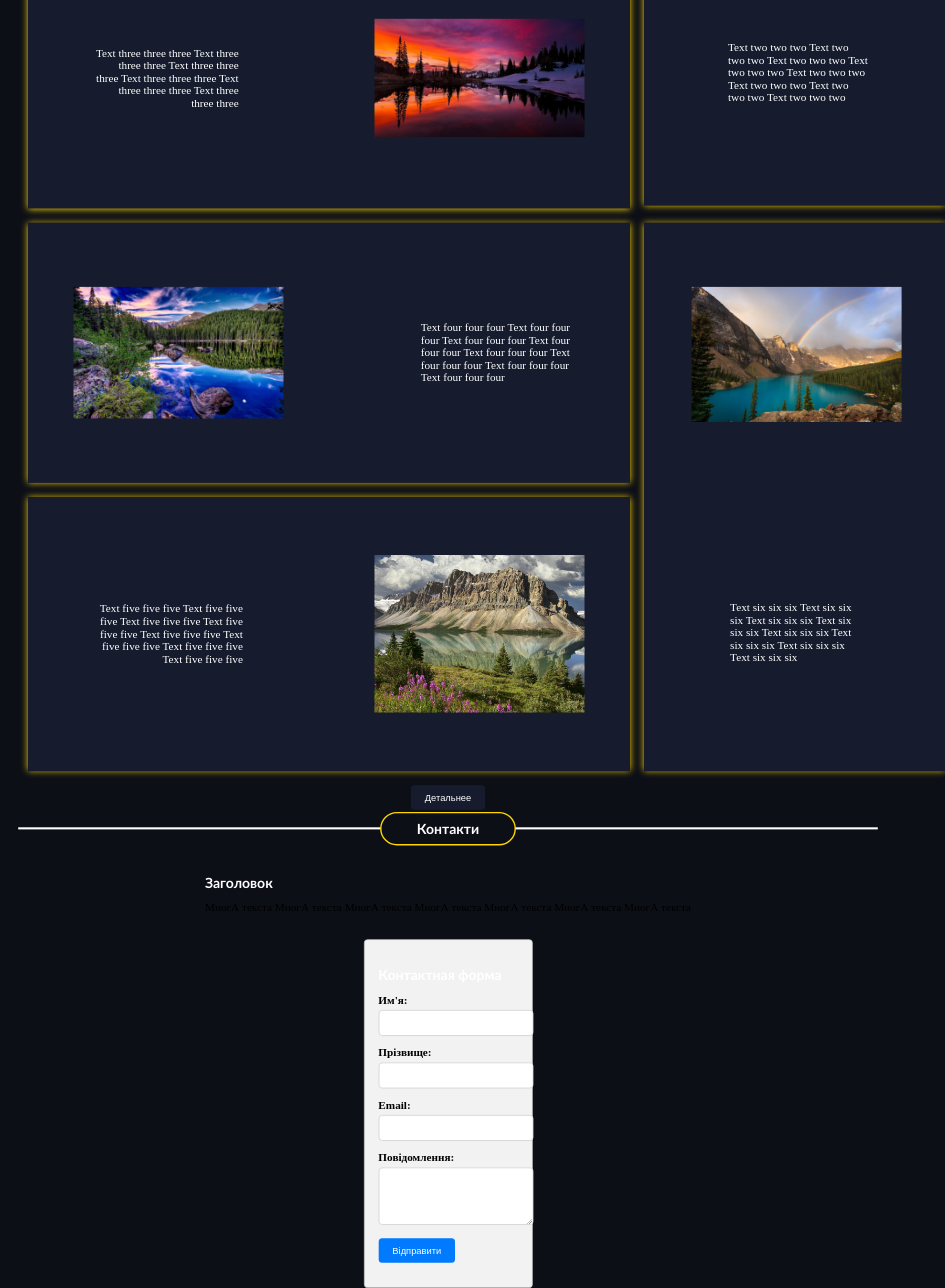
Repository: qtqqrdy13/cv-2
Page: index.html
An editor plug-in stored every save of this project. The page is shown before and after the next save, followed by the edit.
The browser window is 1280 px wide. The page is 1350 px wide, so the pictures cover 1350 px, including what lies to the right of the window. The pictures show the part of the page from y = 3447 to 5287 px (the page is 5287 px tall before and 5156 px after), at 70% of full size.

Above is the page before, as saved 2023-10-12 15:31:01.

### index.html
<!DOCTYPE html>
<html lang="en">

<head>
    <link rel="stylesheet" href="main.css">
    <meta charset="UTF-8">
    <meta name="viewport" content="width=device-width, initial-scale=1.0">
    <title>Батуров Олексій</title>
</head>

<body>
    <!--Navigation-->
    <header>
        <div class="logo">
            <img src="../cv 2/image/media/logo.png" alt="logo">
        </div>
        <nav>
            <ul>
                <li><a href="">Головна</a></li>
                <li><a href="#about">Про мене</a></li>
                <li><a href="#skills">Мої скіли</a></li>
                <li><a href="#portfolio">Портфоліо</a></li>
                <li><a href="">Контакти</a></li>
            </ul>
        </nav>
    </header>
    <!--Navigation-->

    <!--Two images-->
    <div class="container-top">
        <div class="img-container">
            <img class="img-1" src="../cv 2/image/code.gif" alt="">
            <img class="img-2" src="../cv 2/image/photo_2023-09-09_18-51-06.jpg" alt="">
        </div>
        <!--Two images-->

        <!--About Oleksiy-->
        <div class="container-text">
            <div id="about"></div>
            <div class="text-block">
                <h1>Олексій Батуров</h1>
            </div>
        </div>
    </div>
    <div class="description">
        <p>Я професіонал, чия пристрасть до веб-розробки
            помітна в кожному рядку коду, який я створюю.
            За час моєї практики я набув глибоких знань у
            різних галузях веб-технологій, включаючи HTML,
            CSS, JavaScript, а також популярні фреймворки
            та бібліотеки. Мої навички дозволяють мені
            створювати унікальні та сучасні веб-сайти,
            які поєднують у собі функціональність, стиль
            та оптимальну продуктивність. </p>
    </div>
    <!--About Oleksiy-->

    <!--Edge-->
    <div id="about_us">
        <div class="announcement">
            <h2 class="title">
                Скіли
            </h2>
        </div>
    </div>
    <!--Edge-->

    <!--Skills-->
    <div id="skills"></div>
    <div class="container">
        <div class="row">
            <div class="block">
                <h2>Скіли Дизайнера</h2>
                <div class="content">
                    <ul>
                        <li>Figma</li>
                        <li>Photoshop</li>
                        <li>Illustrator</li>
                        <li>Scratch</li>
                        <li>AdobeXD</li>
                        <li>Corel Draw</li>
                    </ul>
                </div>
            </div>
            <div class="block">
                <h2>Скіли Front-End розробника</h2>
                <div class="content">
                    <ul>
                        <li>HTML</li>
                        <li>CSS</li>
                        <li>JavaScript</li>
                        <li>ReactJS</li>
                        <li>ReactNative</li>
                        <li>AngularJS</li>
                        <li>NodeJS</li>
                        <li>VueJS</li>
                        <li>JQuerry</li>
                        <li>TypeScript</li>
                        <li>PHPMyAdmin</li>
                    </ul>
                </div>
            </div>
            <div class="block">
                <h2>Володіння CMS - платформами</h2>
                <div class="content">
                    <ul>
                        <li>WordPress</li>
                        <li>OpenCard</li>
                        <li>Joomla</li>
                        <li>Drupal</li>
                        <li>TYPEO3</li>
                    </ul>
                </div>
            </div>
        </div>
    </div>
    <!--Skills-->

    <!--Edge-->
    <div id="about_us">
        <div class="announcement">
            <h2 class="title">
                Портфоліо
            </h2>
        </div>
    </div>
    <!--Edge-->

    <!--Portfolio-->
    <div class="angry-grid">
        <div id="portfolio"></div>
        <div id="item-0">
            <img src="../cv 2/image/media/1.jpg" alt="Image 0" />
            <p>Text one one one Text one one one Text one one one Text one one one
                Text one one one Text one one one Text one one one Text one one one
            </p>
        </div>
        <div id="item-1">
            <img src="../cv 2/image/media/2.jpg" alt="Image 1" />
            <p>Text two two two Text two two two Text two two two Text two two two
                Text two two two Text two two two Text two two two Text two two two
            </p>
        </div>
        <div id="item-2">
            <div class="content-container">
                <p>Text three three three Text three three three Text three three three
                    Text three three three Text three three three Text three three three
                </p>
                <img src="../cv 2/image/media/3.jpg" alt="Image 2" />
            </div>
        </div>
        <div id="item-3">
                <img src="../cv 2/image/media/4.jpg" alt="Image 3" />
                <p>Text four four four Text four four four Text four four four Text four four four
                    Text four four four Text four four four Text four four four Text four four four
                </p>
        </div>
        <div id="item-4">
            <div class="content-container">
                <p>Text five five five Text five five five Text five five five Text five five five
                    Text five five five Text five five five Text five five five Text five five five
                </p>
                <img src="../cv 2/image/media/5.jpg" alt="Image 4" />
            </div>
        </div>
        <div id="item-5">
                <img src="../cv 2/image/media/6.jpg" alt="Image 5" />
                <p>Text six six six Text six six six Text six six six Text six six six
                    Text six six six Text six six six Text six six six Text six six six
                </p>
        </div>
    </div>

    <div class="detail-button">
        <button>Детальнее</button>
    </div>
    <!--Portfolio-->
 <!--Edge-->
 <div id="about_us">
    <div class="announcement">
        <h2 class="title">
            Контакти
        </h2>
    </div>
</div>
<!--Edge-->
</div>
<div class="container">
    <div class="text">
        <h2>Заголовок</h2>
        <p>МногА текста МногА текста  МногА текста  МногА текста  МногА текста  МногА текста  МногА текста </p>
    </div>
    <div class="form">
        <h2>Контактная форма</h2>
        <form method="post">
            <div class="form-group">
                <label for="name">Им'я:</label>
                <input type="text" id="name" name="name" required>
            </div>
            <div class="form-group">
                <label for="secondname">Прізвище:</label>
                <input type="text" id="secondname" name="secondname" required>
            </div>
            <div class="form-group">
                <label for="email">Email:</label>
                <input type="text" id="email" name="email" required>
            </div>
            <div class="form-group">
                <label for="message">Повідомлення:</label>
                <textarea id="message" name="message" rows="4" required></textarea>
            </div>
            <div class="form-group">
                <button type="submit">Відправити</button>
            </div>
        </form>
    </div>
</div>
</body>

</html>

### main.css
body {
    background-color: #0d0f17;
    margin: 0;
    padding: 0;

}

/*Navigation*/
header {
    background-color: #161C2E;
    color: white;
    padding: 10px 0px;
    position: fixed;
    top: 0;
    width: 100%;
    display: flex;
    justify-content: space-between;
    align-items: center;
    z-index: 1000;
}

.logo img {
    height: 50px;
    margin-left: 50px;
}

nav ul {
    list-style: none;
    margin-right: 50px;
}

nav li {
    display: inline;
    margin-right: 50px;
    position: relative; /* Добавляем позицию относительно элементов меню */
}

nav a {
    text-decoration: none;
    color: white;
    font-weight: bold;
    font-size: 18px;
}

nav a:hover {
    color: gold;
    font-size: 18px;
    text-shadow: 0 0 10px gold;
    transform: scale(1.05);
    transition: transform 0.6s ease-in-out;
}

/* Добавляем стили для анимации */
nav li::before {
    content: "";
    position: absolute;
    width: 100%;
    height: 2px;
    background-color: gold;
    bottom: 0;
    left: 0;
    transform: scaleX(0); /* Изначально нулевая ширина */
    transform-origin: right;
    transition: transform 0.3s ease-in-out;
}

nav li::after {
    content: "";
    position: absolute;
    width: 100%;
    height: 2px;
    background-color: gold;
    bottom: 0;
    right: 0;
    transform: scaleX(0); /* Изначально нулевая ширина */
    transform-origin: left;
    transition: transform 0.3s ease-in-out;
}

nav li:hover::before,
nav li:hover::after {
    transform: scaleX(1); /* Увеличиваем ширину до 100% */
}


/*Two images*/
.container-top {
    display: flex;
    flex-direction: column;
    align-items: center;
    width: 100%;
    overflow: visible;
    position: relative;
}

.img-container {
    width: 100%;
    max-width: 100vw;
    position: relative;
    overflow: visible;
    order: 1;
}

.img-1 {
    width: 100%;
    height: 500px;
    position: relative;
}
.img-1:hover{
    animation: slideUp 2s ease-in-out infinite alternate;
}

.img-2 {
    width: 400px;
    height: 400px;
    max-width: 100%;
    position: absolute;
    top: calc(60% + 10%);
    left: 50%;
    transform: translateX(-50%);
    z-index: 2;
    border-radius: 50%;
    transition: transform 0.5s ease;
}

.img-2:hover {
    transform: translateX(-50%) rotate(360deg);
    animation: spin 2s linear infinite;
}

@keyframes spin {
    0% { transform: translateX(-50%) rotate(0deg); }
    100% { transform: translateX(-50%) rotate(360deg); }
}

@keyframes slideUp {
    0% {
        transform: translateY(0);
    }

    100% {
        transform: translateY(-20px);
    }
}

@media screen and(max-width: 768px) {
    .container {
        padding: 2px;
    }

    .img-1,
    .img-2 {
        height: auto;
    }
}

/*About Oleksiy*/
.container-text {
    display: flex;
    flex-direction: column;
    align-items: center;
    justify-content: center;
    height: 100vh;
    order: 2;
}

.text-block {
    width: 530px;
    height: 214px;
    font-size: 60px;
    text-align: center;
    color: white;
    animation: fadeIn 2s ease-in-out;
    margin: 0 auto;
}

.description {
    width: 700px;
    height: 256px;
    text-align: center;
    color: white;
    animation: slideIn 2s ease-in-out;
    margin: 0 auto;
    margin-bottom: 10%;
}

@keyframes fadeIn {
    0% {
        opacity: 0;
    }

    100% {
        opacity: 1;
    }
}

@keyframes slideIn {
    0% {
        transform: translateY(-20px);
        opacity: 0;
    }

    100% {
        transform: translateY(0);
        opacity: 1;
    }
}

/* Адаптация для мелких скринов */
@media (max-width: 600px) {
    .text-block {
        font-size: 36px;
    }

    .description {
        font-size: 18px;
    }
}

/* Адаптация для планшей */
@media (min-width: 601px) and (max-width: 1024px) {
    .text-block {
        font-size: 48px;
    }

    .description {
        font-size: 24px;
    }
}

@media (min-width: 1025px) {
    .text-block {
        font-size: 72px;
    }

    .description {
        font-size: 30px;
    }
}

/*Edge*/
.announcement {
    height: 3px;
    background-color: white;
    display: flex;
    justify-content: center;
    align-items: center;
    margin: 2% 2%;
}

.title {
    animation-name: fade-in;
    animation-duration: 0.3s;
    text-align: center;
    text-decoration: none;
    color: white;
    border: 2px solid gold;
    background-color: #0d0f17;
    border-radius: 30px;
    padding: 10px 50px;
}

.title:hover {

    color: gold;
    font-size: 26px;
    box-shadow: 0 0 6px gold;
}

@keyframes fade-in {
    from {
        opacity: 0;
    }

    to {
        opacity: 1;
    }
}

/*Skills*/
.container {
    display: flex;
    flex-direction: column;
    align-items: center;
}

.row {
    display: flex;
    flex-wrap: wrap;
    justify-content: space-between;
}

.block {
    border: 2px solid gold;
    margin: 10px;
    padding: 20px;
    animation: fade-in 1s ease-in-out;
    width: calc(50% - 20px);
    height: 400px;
    box-shadow: 1px 1px 6px gold;
    text-align: center;
    box-sizing: border-box;
    display: flex;
    flex-direction: column;
    justify-content: flex-start;
    align-items: center;
}

.block:hover {
    box-shadow: 2px 2px 12px gold;
}

h2 {
    font-size: 20px;
    font-family: 'Trebuchet MS', 'Lucida Sans Unicode', 'Lucida Grande', 'Lucida Sans', Arial, sans-serif;
    margin-top: 10px 0 0 0;
    color: white;
}

.content {
    display: flex;
    flex-direction: column;
    align-items: center;
    justify-content: center;
    height: 100%;
}

.content ul {
    list-style-type: square;
    padding-left: 20px;
    margin: 0;
}

h2:hover {
    font-size: 21px;
    text-shadow: 0px 0px 12px white;
}

.content li {
    font-size: 18px;
    color: white;
}

.content li:hover {
    font-size: 19px;
    text-shadow: 0px 0px 12px white;
}

@keyframes fade-in {
    0% {
        opacity: 0;
    }

    100% {
        opacity: 1;
    }
}

@media screen and (max-width: 1024px) {
    .block {
        padding: 10px;
        width: calc(50% - 20px);
        height: 250px;
    }

    .block h2 {
        font-size: 18px;
    }

    .content li {
        font-size: 16px;
    }
}

@media screen and (max-width: 750px) {
    .block {
        padding: 10px;
        width: calc(50% - 20px);
        height: 200px;
    }

    .block h2 {
        font-size: 16px;
    }

    .content li {
        font-size: 14px;
    }
}


@media screen and (min-width: 1200px) {
    .block {
        width: 400px;
        height: 400px;
    }

    .row {
        justify-content: center;
        width: calc(65% - 10px)
    }
}

/*Portfolio*/
.angry-grid {
    display: grid;
    grid-template-rows: 1fr 1fr 1fr 1fr;
    grid-template-columns: 1fr 1fr 1fr 1fr 1fr;
    margin: 0 auto;
    max-width: 1200px;
    padding: 0 15px;
}

#item-0 {
    background-color: #161C2E;
    grid-row-start: 1;
    grid-column-start: 1;
    grid-row-end: 2;
    grid-column-end: 3;
    margin-bottom: 20px;
    width: 860px;
    height: 370px;
    box-shadow: 0 0 10px gold;
    display: grid;
    grid-template-columns: 3fr 1fr;
    align-items: center;
    transition: transform 0.6s ease-in-out;
}

#item-0:hover {
    box-shadow: 0 0 18px gold;
    border-radius: 10px;
    transform: scale(1.05);
}

#item-0 img {
    max-width: 300px;
    max-height: 300px;
    margin-left: 65px;
}

#item-0 p {
    margin-right: 90px;
    margin-left: -90px;
    color: white;
}

#item-1 {
    background-color: #161C2E;
    grid-row-start: 1;
    grid-column-start: 3;
    grid-row-end: 3;
    grid-column-end: 4;
    margin-left: 20px;
    width: 430px;
    height: 760px;
    box-shadow: 0 0 10px gold;
    display: grid;
    grid-template-columns: 1fr;
    grid-template-rows: 1fr auto;
    align-items: center;
    justify-items: center;
    transition: transform 0.6s ease-in-out;
}

#item-1:hover {
    box-shadow: 0 0 18px gold;
    border-radius: 10px;
    transform: scale(1.05);
}

#item-1 img {
    max-width: 300px;
    max-height: 300px;
    margin-top: -100px;

}

#item-1 p {
    margin-right: 90px;
    margin-bottom: 125px;
    margin-left: 100px;
    color: white;
    padding: 20px;
}

#item-2 {
    background-color: #161C2E;
    grid-row-start: 2;
    grid-column-start: 1;
    grid-row-end: 3;
    grid-column-end: 3;
    margin-bottom: 20px;
    box-shadow: 0 0 10px gold;
    display: grid;
    grid-template-columns: 1fr;
    align-items: center;
    transition: transform 0.6s ease-in-out;
}

#item-2 .content-container {
    display: flex;
    flex-direction: row;
    align-items: center;
    justify-content: space-between;
}

#item-2 img {
    max-width: 300px;
    max-height: 300px;
    margin-right: 65px;
}

#item-2 p {
    flex: 1;
    margin-right: 20px;
    color: white;
    text-align: right;
    margin-right: 100px;
    padding: 94px;
}

#item-2:hover {
    box-shadow: 0 0 18px gold;
    border-radius: 10px;
    transform: scale(1.05);
}

#item-3 {
    background-color: #161C2E;
    grid-row-start: 3;
    grid-column-start: 1;
    grid-row-end: 4;
    grid-column-end: 3;
    margin-bottom: 20px;
    box-shadow: 0 0 10px gold;
    display: flex;
    align-items: center;
    justify-content: center;
    transition: transform 0.6s ease-in-out;
}

#item-3:hover {
    box-shadow: 0 0 18px gold;
    border-radius: 10px;
    transform: scale(1.05);
}

#item-3 img {
    max-width: 300px;
    max-height: 300px;
    margin-left: 65px;
}

#item-3 p {
    margin-right: -50px;
    margin-left: 71px;
    color: white;
    padding: 125px;
}

#item-4 {
    background-color: #161C2E;
    grid-row-start: 4;
    grid-column-start: 1;
    grid-row-end: 5;
    grid-column-end: 3;
    box-shadow: 0 0 10px gold;
    display: grid;
    grid-template-columns: 1fr auto;
    align-items: center;
    transition: transform 0.6s ease-in-out;
}

#item-4 .content-container {
    display: flex;
    flex-direction: row;
    align-items: center;
    justify-content: space-between;
    flex-wrap: nowrap;
}

#item-4 img {
    max-width: 300px;
    max-height: 300px;
    margin-right: 65px;
}

#item-4 p {
    color: white;
    text-align: right;
    margin-right: 129px;
    margin-left: 43px;
    padding: 59px;
}

#item-4:hover {
    box-shadow: 0 0 18px gold;
    border-radius: 10px;
    transform: scale(1.05);
}

#item-5 {
    background-color: #161C2E;
    grid-row-start: 3;
    grid-column-start: 3;
    grid-row-end: 5;
    grid-column-end: 4;
    margin-left: 20px;
    box-shadow: 0 0 10px gold;
    display: grid;
    grid-template-rows: 1fr auto;
    justify-content: center;
    align-items: center;
    align-content: space-between;
    transition: transform 0.6s ease-in-out;
}

#item-5 img {
    max-width: 300px;
    max-height: 300px;
    margin-top: -124px;
    margin-left: 68px;
}

#item-5 p {
    margin-right: 90px;
    margin-bottom: 130px;
    margin-left: 100px;
    color: white;
    padding: 23px;
}

#item-5:hover {
    box-shadow: 0 0 18px gold;
    border-radius: 10px;
    transform: scale(1.05);
}

@media (max-width: 768px) {
    .angry-grid {
        grid-template-columns: 1fr 1fr;
        max-width: 768px;
        margin-left: 0;
    }
}

@media (min-width: 1313px) {
    .angry-grid {
        max-width: 1313px;
        padding: 45px 20px;
    }
}

/* Стили для .detail-button */
.detail-button {
    text-align: center;
    margin-top: 20px;
}

.detail-button button {
    padding: 10px 20px;
    background-color: #161C2E;
    color: white;
    border: none;
    border-radius: 5px;
    cursor: pointer;
}

.detail-button button:hover {
    background-color: #161C2E;
    box-shadow: 0 0 12px white;
}
.container {
    display: flex;
    justify-content: space-between;
}

.text {
    flex: 1;
    padding: 20px;
}

.form {
    flex: 1;
    padding: 20px;
    background-color: #f2f2f2;
    border: 1px solid #ccc;
    border-radius: 5px;
}

.form-group {
    margin-bottom: 15px;
}

.form-group label {
    display: block;
    margin-bottom: 5px;
    font-weight: bold;
}

.form-group input[type="text"],
.form-group textarea {
    width: 100%;
    padding: 10px;
    border: 1px solid #ccc;
    border-radius: 5px;
}

.form-group button {
    background-color: #007BFF;
    color: #fff;
    border: none;
    padding: 10px 20px;
    border-radius: 5px;
    cursor: pointer;
}

.form-group button:hover {
    background-color: #0056b3;
}

After the next save:
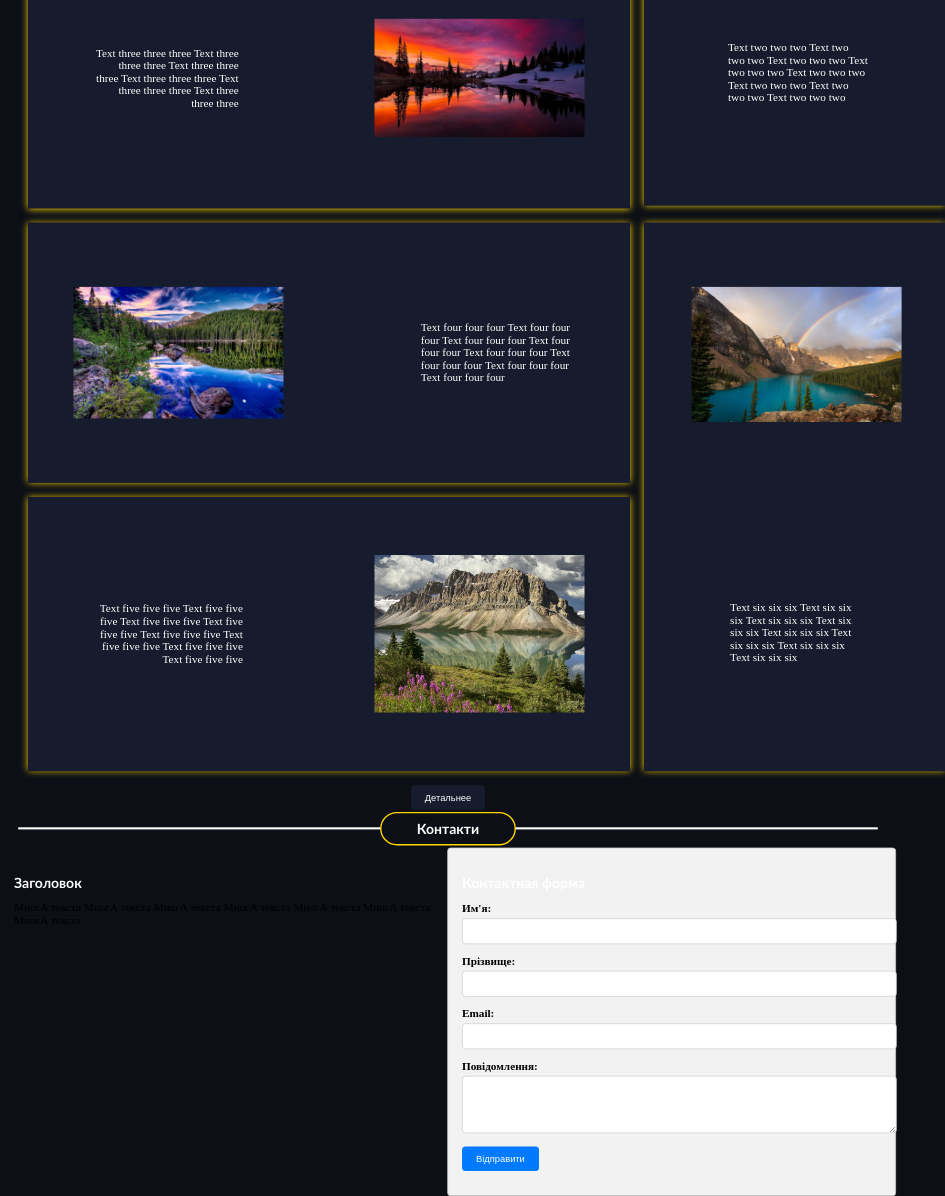
Saved 57 s later.
--- a/index.html
+++ b/index.html
@@ -185,7 +185,7 @@
 </div>
 <!--Edge-->
 </div>
-<div class="container">
+<div class="container_contact">
     <div class="text">
         <h2>Заголовок</h2>
         <p>МногА текста МногА текста  МногА текста  МногА текста  МногА текста  МногА текста  МногА текста </p>
--- a/main.css
+++ b/main.css
@@ -671,7 +671,7 @@ h2:hover {
     background-color: #161C2E;
     box-shadow: 0 0 12px white;
 }
-.container {
+.container_contact {
     display: flex;
     justify-content: space-between;
 }
